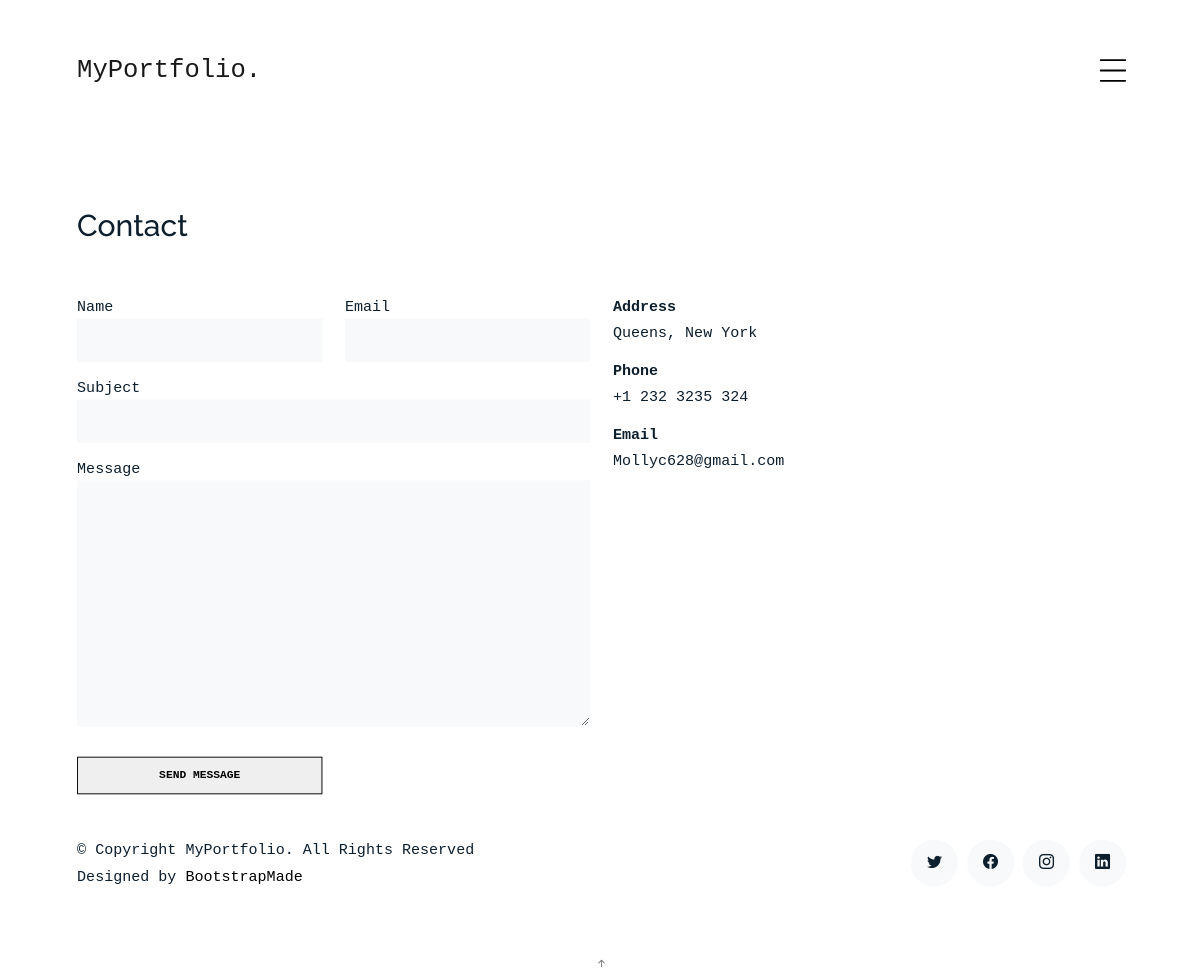
Repository: m0llyc00k/portfolio-2
Page: contact.html
The author's editor kept a record of every edit. The page is drawn from the files as they stood at one moment, then again after the next edit.
The browser window is 1280 px wide. The pictures show the whole page, at 94% of full size.
Some web fonts or font styles are not loaded; a fallback is used.

Above is the page before.

After the next edit:
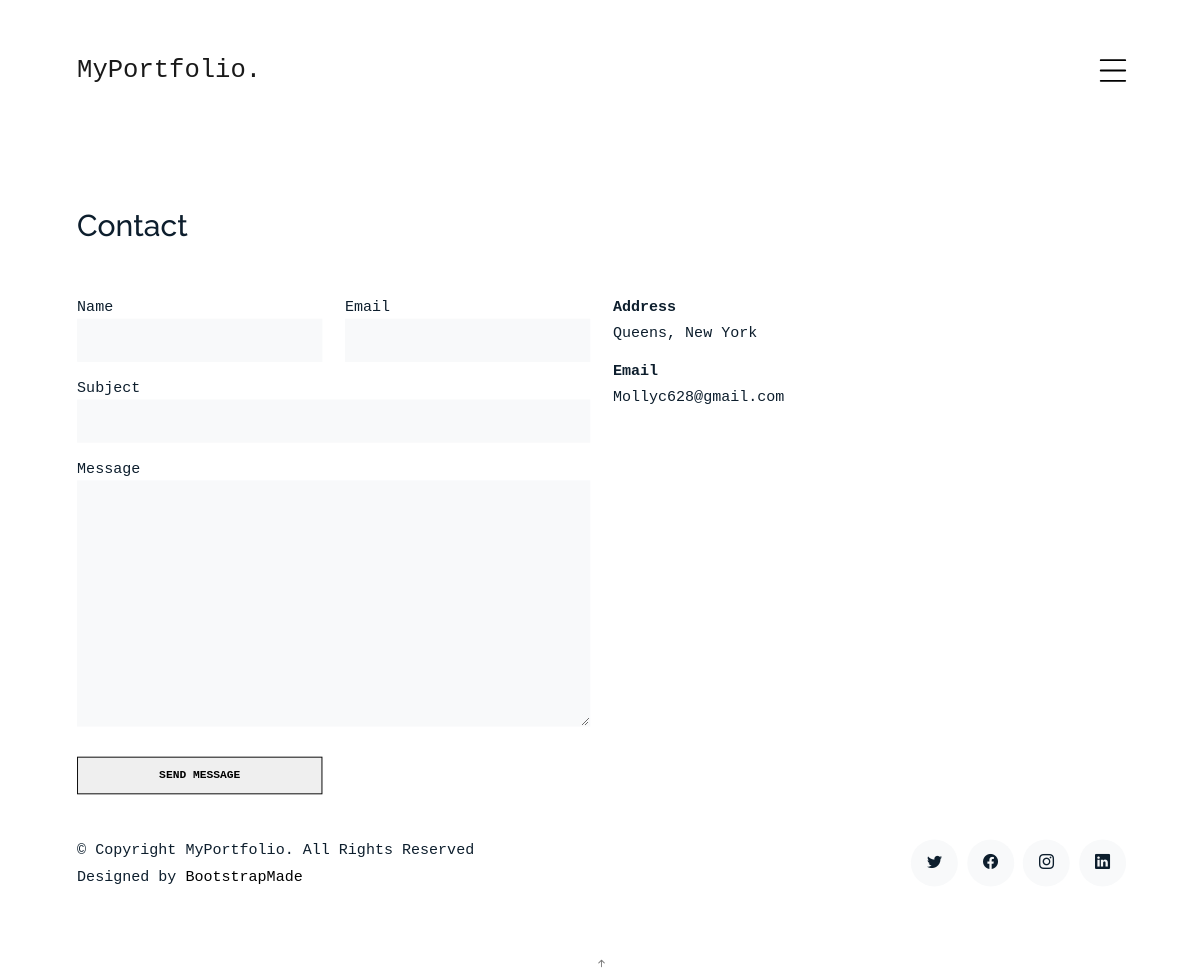
The edit:
--- a/contact.html
+++ b/contact.html
@@ -129,10 +129,6 @@
                 <span>Queens, New York</span>
               </li>
               <li class="mb-3">
-                <strong class="d-block mb-1">Phone</strong>
-                <span>+1 232 3235 324</span>
-              </li>
-              <li class="mb-3">
                 <strong class="d-block mb-1">Email</strong>
                 <span>Mollyc628@gmail.com</span>
               </li>
